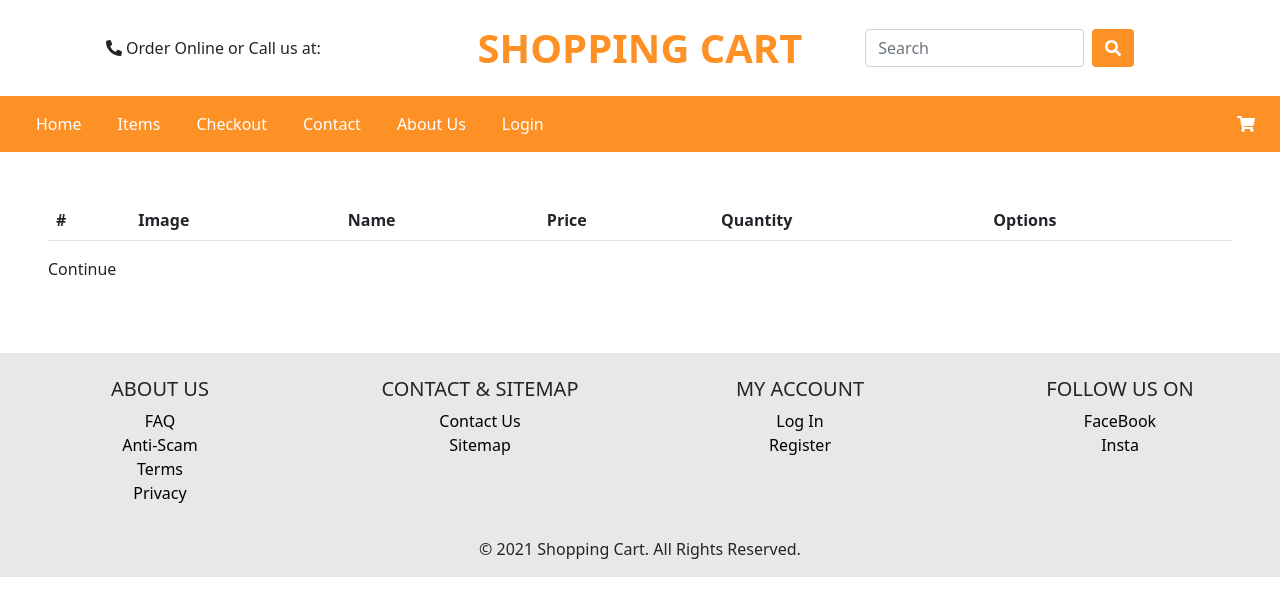
Repository: SaudCh/React-Ecommerce
Page: /cart
An editor plug-in stored every save of this project. The page is shown before and after the next save, followed by the edit.
The browser window is 1280 px wide. The pictures show the whole page.
The project was rebuilt for these pictures with package versions that can differ from the ones it lists, and the page was loaded fresh each time. Also part of the build but not shown: src/App.css, src/Home/Carousel.jsx, src/data/items.js, src/data/discounted.js, src/Home/Card.jsx, src/Home/home.jsx, src/Login/Login.jsx, src/Register/register.jsx and 3 more.

Above is the page before, as saved 2021-12-22 15:26:15.

### src/App.js
import "./App.css";
import Header from "./Header/Header";
import "../node_modules/bootstrap/dist/css/bootstrap.min.css";
import "../node_modules/bootstrap/dist/js/bootstrap.bundle.min";
import Home from "./Home/home";
import { BrowserRouter, Switch, Route } from "react-router-dom";
import Login from "./Login/Login";
import Register from "./Register/register";
import Item from "./Item/item";
import Footer from "./Footer/Footer";
import React, { useState } from "react";
import Cart from "./Cart/Cart";
import CheckOut from "./CheckOut/CheckOut";

function App() {
  const [cart, setCart] = useState([]);
  const cartHandler = (prod) => {
    //console.log(prod);
    setCart((product) => [...product, prod]);
    //console.log(cart);
  };
  const removeCart = (id) => {
    //console.log(id);
    setCart((c) => {
      return c.filter((ca) => ca.id !== id);
    });
  };
  return (
    <BrowserRouter>
      <Header cart={cart} />
      <Switch>
        <Route path="/" exact>
          <Home cartHandler={cartHandler} />
        </Route>
        <Route path="/product/:pid" exact>
          <Item />
        </Route>
        <Route path="/login" exact>
          <Login />
        </Route>
        <Route path="/register" exact>
          <Register />
        </Route>
        <Route path="/cart" exact>
          {/* <Register /> */}
          <Cart cart={cart} removeCart={removeCart} />
        </Route>
        <Route path="/checkout" exact>
          <CheckOut />
        </Route>
      </Switch>
      <Footer />
    </BrowserRouter>
  );
}

export default App;

### src/Header/Header.jsx
import {
  faPhoneAlt,
  faSearch,
  faShoppingCart,
} from "@fortawesome/free-solid-svg-icons";
import { FontAwesomeIcon } from "@fortawesome/react-fontawesome";
import React from "react";
import { Link } from "react-router-dom";
import "./Header.css";

export default function Header(props) {
  return (
    <div>
      <nav className="container-fluid  my-4">
        <div className="row align-items-center">
          <div className="col-12 col-md-4 my-2 my-lg-0 text-center ">
            <p className="m-0 p-0">
              <FontAwesomeIcon icon={faPhoneAlt} /> Order Online or Call us at:{" "}
            </p>
          </div>
          <div className="col-12 col-md-4 my-2 my-lg-0 text-center">
            <p className="m-0 fw-bold h1" style={{ color: "#fe9126" }}>
              SHOPPING CART
            </p>
          </div>
          <div className="col-12 col-md-4 my-2 my-lg-0 text-center">
            <form class="d-flex col-12 col-lg-8">
              <input
                class="form-control me-2"
                type="search"
                placeholder="Search"
                aria-label="Search"
              />
              <button
                class="btn text-white"
                style={{ backgroundColor: "#fe9126" }}
                type="submit"
              >
                <FontAwesomeIcon icon={faSearch} />
              </button>
            </form>
          </div>
        </div>
      </nav>
      <nav
        class="navbar navbar-expand-md navbar-dark"
        style={{ backgroundColor: "#fe9126" }}
      >
        <div class="container-fluid">
          <Link class="navbar-brand" href="#"></Link>

          <button
            class="navbar-toggler"
            type="button"
            data-bs-toggle="collapse"
            data-bs-target="#navbarSupportedContent"
            aria-controls="navbarSupportedContent"
            aria-expanded="false"
            aria-label="Toggle navigation"
          >
            <span class="navbar-toggler-icon"></span>
          </button>
          <div class="collapse navbar-collapse" id="navbarSupportedContent">
            <ul class="navbar-nav me-auto mb-2 mb-lg-0 nav-ul">
              <li class="nav-item">
                <Link class="nav-link  text-white" aria-current="page" to="/">
                  Home
                </Link>
              </li>
              <li class="nav-item">
                <Link class="nav-link  text-white" to="#">
                  Items
                </Link>
              </li>

              <li class="nav-item">
                <Link
                  class="nav-link text-white"
                  to="#"
                  tabindex="-1"
                  aria-disabled="true"
                >
                  Checkout
                </Link>
              </li>
              <li class="nav-item">
                <Link
                  class="nav-link text-white"
                  to="#"
                  tabindex="-1"
                  aria-disabled="true"
                >
                  Contact
                </Link>
              </li>
              <li class="nav-item">
                <Link
                  class="nav-link text-white"
                  to="#"
                  tabindex="-1"
                  aria-disabled="true"
                >
                  About Us
                </Link>
              </li>
              <li class="nav-item">
                <Link
                  class="nav-link text-white"
                  to="/login"
                  tabindex="-1"
                  aria-disabled="true"
                >
                  Login
                </Link>
              </li>
            </ul>
            <Link to="/cart" className="btn text-white">
              <FontAwesomeIcon icon={faShoppingCart} />
              {props.cart.length ? (
                <span
                  className="bg-danger"
                  style={{
                    borderRadius: "50%",
                    position: "absolute",
                    top: 10,
                    right: 10,
                    height: 20,
                    width: 20,
                    display: "flex",
                    alignItems: "center",
                    justifyContent: "center",
                  }}
                >
                  {props.cart.length}
                </span>
              ) : null}
            </Link>
          </div>
        </div>
      </nav>
    </div>
  );
}

### src/Footer/Footer.jsx
import React from "react";
import "./footer.css";

export default function Footer() {
  return (
    <footer
      style={{ backgroundColor: "#e8e8e8" }}
      class="page-footer font-small blue pt-4 mt-5"
    >
      <div class="container-fluid text-center text-md-left">
        <div class="row">
          <div class="col-md-3 mb-md-0 mb-3">
            <h5 class="text-uppercase">ABOUT US</h5>

            <ul class="list-unstyled">
              <li>
                <a href="#!">FAQ</a>
              </li>
              <li>
                <a href="#!">Anti-Scam</a>
              </li>
              <li>
                <a href="#!">Terms</a>
              </li>
              <li>
                <a href="#!">Privacy</a>
              </li>
            </ul>
          </div>
          <div class="col-md-3 mb-md-0 mb-3">
            <h5 class="text-uppercase">CONTACT & SITEMAP</h5>

            <ul class="list-unstyled">
              <li>
                <a href="#!">Contact Us</a>
              </li>
              <li>
                <a href="#!">Sitemap</a>
              </li>
            </ul>
          </div>
          <div class="col-md-3 mb-md-0 mb-3">
            <h5 class="text-uppercase">MY ACCOUNT</h5>

            <ul class="list-unstyled">
              <li>
                <a href="#!">Log In</a>
              </li>
              <li>
                <a href="#!">Register</a>
              </li>
            </ul>
          </div>

          <div class="col-md-3 mb-md-0 mb-3">
            <h5 class="text-uppercase">FOLLOW US ON</h5>

            <ul class="list-unstyled">
              <li>
                <a href="#!">FaceBook</a>
              </li>
              <li>
                <a href="#!">Insta</a>
              </li>
            </ul>
          </div>
        </div>
      </div>

      <div class="footer-copyright text-center py-3">
        © 2021 Shopping Cart. All Rights Reserved.
      </div>
    </footer>
  );
}

### src/Cart/Cart.jsx
import { faTrash } from "@fortawesome/free-solid-svg-icons";
import { FontAwesomeIcon } from "@fortawesome/react-fontawesome";
import React from "react";

export default function Cart(props) {
  return (
    <div className="p-5">
      <table class="table align-middle">
        <thead>
          <tr>
            <th scope="col">#</th>
            <th scope="col">Image</th>
            <th scope="col">Name</th>
            <th scope="col">Price</th>
            <th scope="col">Quantity</th>
            <th scope="col">Options</th>
          </tr>
        </thead>
        <tbody>
          {props.cart.map((e, index) => (
            <tr>
              <th scope="row">{index + 1}</th>
              <td>
                <img src={e.img} width={80} alt="" />
              </td>
              <td>{e.name}</td>
              <td>{e.price}</td>
              <td>
                <div className="d-flex">
                  <p
                    className="bg-danger text-white"
                    style={{ width: 20, paddingLeft: "7px" }}
                  >
                    -
                  </p>
                  <p className="mx-2">1</p>
                  <p
                    className="bg-info text-white"
                    style={{ width: 20, paddingLeft: "5px" }}
                  >
                    +
                  </p>
                </div>
              </td>
              <td>
                <button
                  onClick={() => props.removeCart(e.id)}
                  className="btn btn-danger btn-sm"
                >
                  <FontAwesomeIcon icon={faTrash} />
                </button>
              </td>
            </tr>
          ))}
        </tbody>
      </table>
      <div className="" style={{ position: "fixed" }}>
        Continue
      </div>
    </div>
  );
}

### src/Header/Header.css
.nav-ul li {
  margin-right: 20px;
}

### src/Footer/footer.css
* {
  margin: 0;
  padding: 0;
}
.links {
  color: black;
  text-decoration: none;
}
.links:hover {
  color: black;
}

footer a {
  color: black;
  text-decoration: none;
}
footer a:hover {
  color: black;
}

Loaded but not shown: public/index.html (common file); src/index.js (common file); src/reportWebVitals.js (common file)

After the next save:
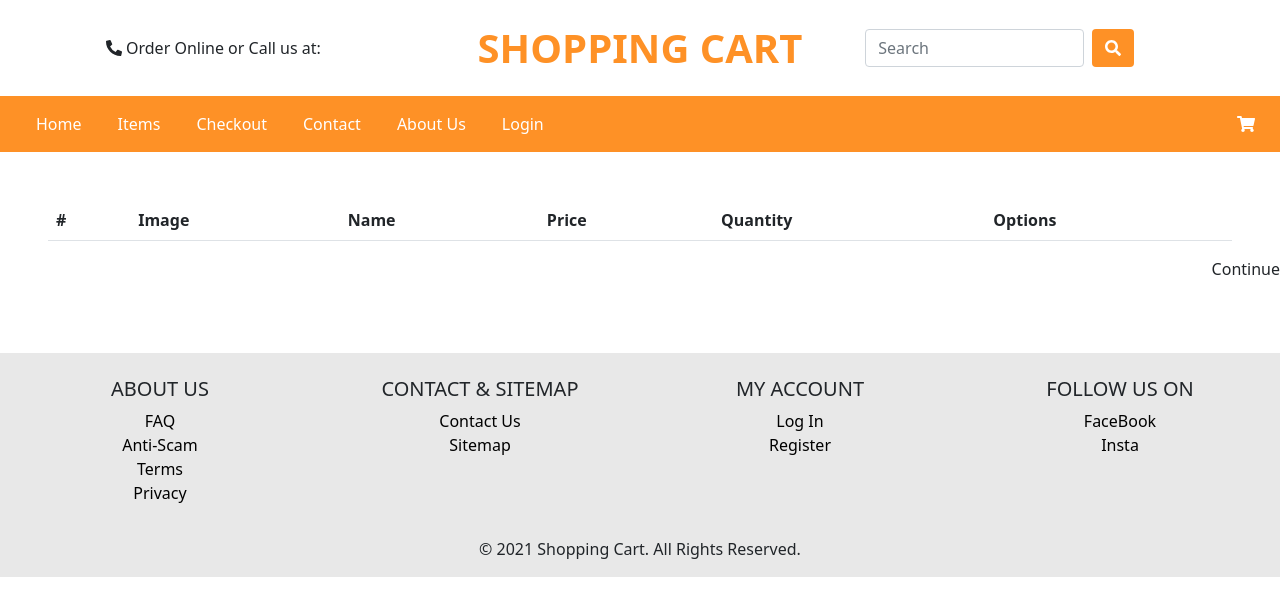
Saved 12 s later.
--- a/src/Cart/Cart.jsx
+++ b/src/Cart/Cart.jsx
@@ -54,7 +54,7 @@
           ))}
         </tbody>
       </table>
-      <div className="" style={{ position: "fixed" }}>
+      <div className="" style={{ position: "fixed", right: "0" }}>
         Continue
       </div>
     </div>

After the save that followed:
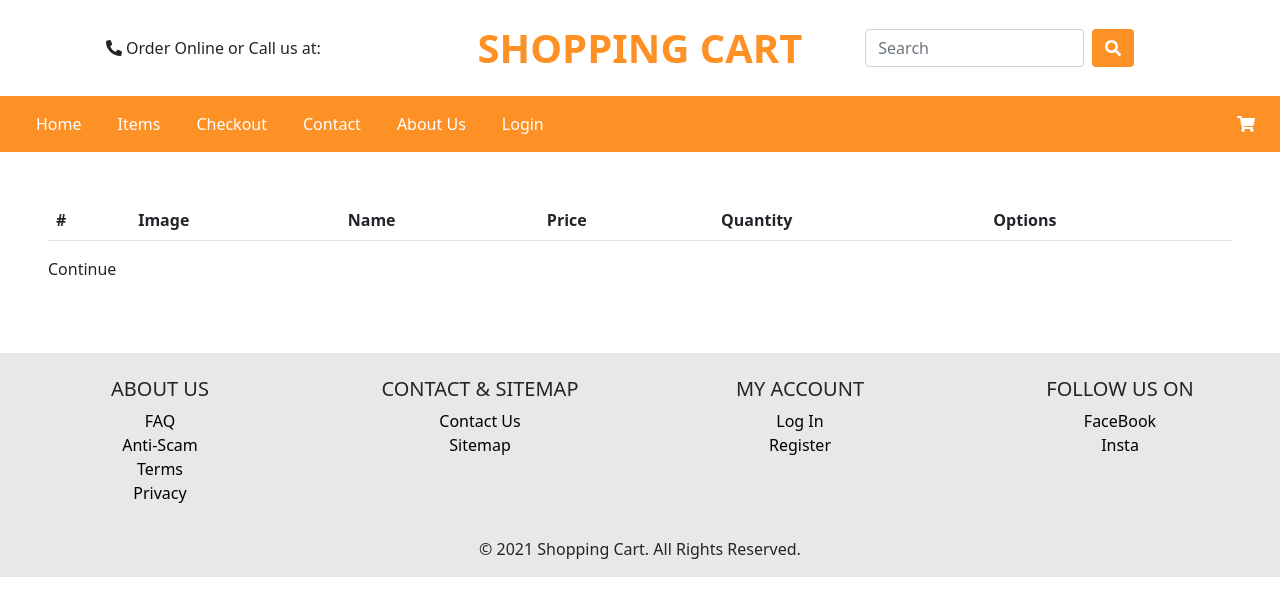
Saved 4 s later.
--- a/src/Cart/Cart.jsx
+++ b/src/Cart/Cart.jsx
@@ -54,7 +54,7 @@
           ))}
         </tbody>
       </table>
-      <div className="" style={{ position: "fixed", right: "0" }}>
+      <div className="" style={{ position: "fixed", right: "10" }}>
         Continue
       </div>
     </div>
